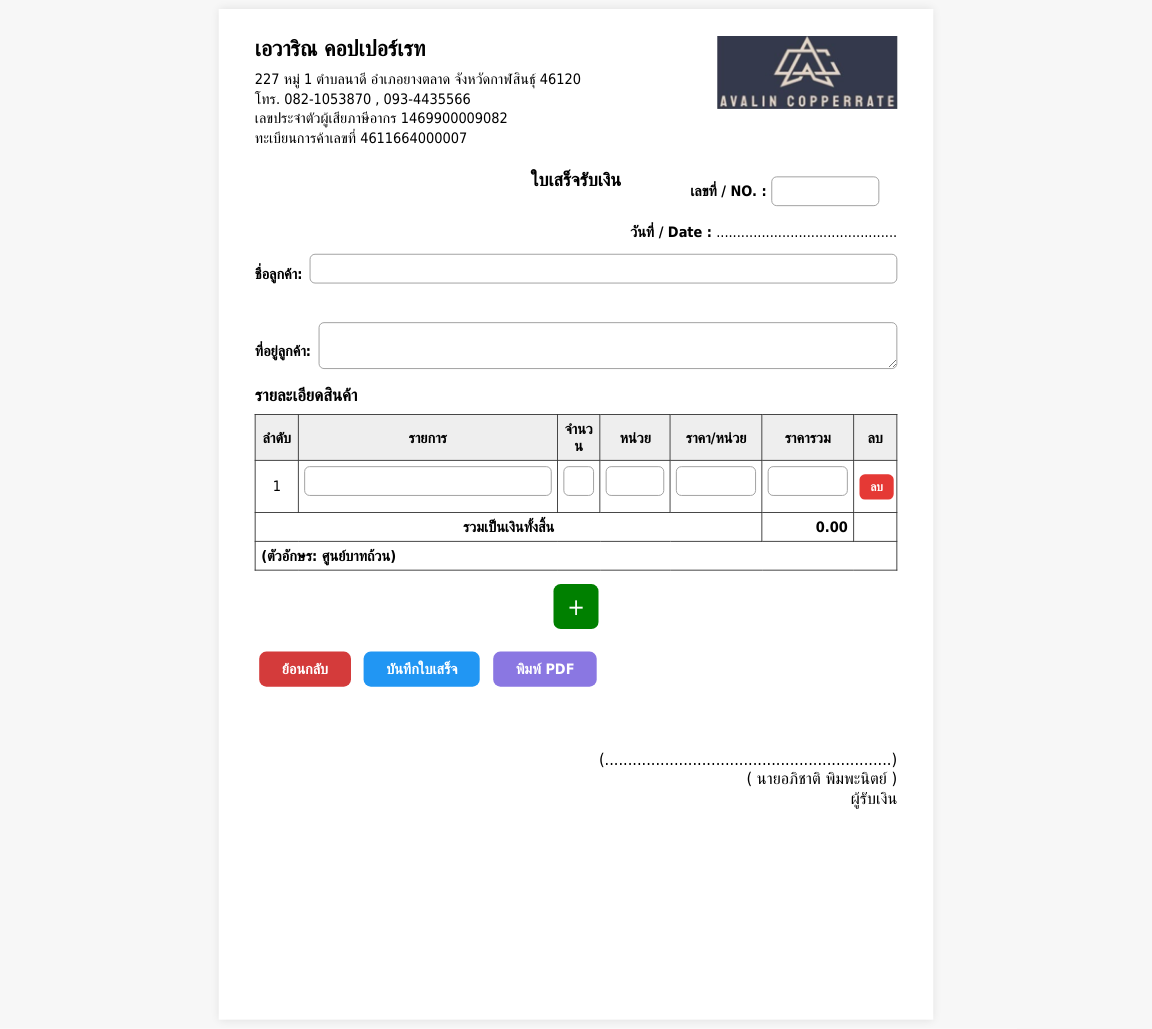
Repository: Hermesmercury88/shop_it
Page: quotation.html
These files come from the project's save history. The page is drawn as it stood at one moment and after the next save; the edit follows.
The browser window is 1280 px wide. The pictures show the whole page, at 90% of full size.
Some web fonts or font styles are not loaded; a fallback is used.

Above is the page before, as saved 2025-09-21 10:46:06.

### quotation.html
<!DOCTYPE html>
<html lang="th">
<head>
<meta charset="UTF-8">
<title>ใบเสร็จรับเงิน</title>
<link href="css/quotation.css" rel="stylesheet">
<style>
/* ตาราง */
table { border-collapse: collapse; width: 100%; }
table, th, td { border: 1px solid #000; }
th, td { padding: 5px; text-align: center; }
tfoot td { font-weight: bold; }

/* ปุ่ม */
.add-btn, .remove-btn { cursor: pointer; }

/* ปรับแถวรวม */
tfoot .total-row td { border-top: 1px solid #000; }
tfoot .total-row td:first-child { border-right: 1px solid #000; }
</style>
</head>
<body>
<div class="container" id="receiptContent">

    <!-- ส่วนหัว -->
    <div class="header-info">
        <div class="company">
            <h2>เอวาริณ คอปเปอร์เรท</h2>
            <p>227 หมู่ 1 ตำบลนาดี อำเภอยางตลาด จังหวัดกาฬสินธุ์ 46120</p>
            <p>โทร. 082-1053870 , 093-4435566</p>
            <p>เลขประจำตัวผู้เสียภาษีอากร 1469900009082</p>
            <p>ทะเบียนการค้าเลขที่ 4611664000007</p>
        </div>
        <div class="logo">
            <img src="./pic/logo.png" alt="logo">
        </div>
    </div>

    <!-- ฟอร์ม -->
    <form action="http://localhost/shop/save.php" method="post" id="receiptForm">

        <div class="doc-title">
            <h2>ใบเสร็จรับเงิน</h2>
            <div class="doc-info">
                <label>เลขที่ / NO. : <input type="text" name="order_no" required></label>
                <span><b>วันที่ / Date :</b> ............................................</span>
            </div>
        </div>

        <div class="customer-info">
            <label>ชื่อลูกค้า: <input type="text" name="customer_name" required></label><br>
            <label>ที่อยู่ลูกค้า: <textarea name="customer_address" rows="2" required></textarea></label>
        </div>

        <h3>รายละเอียดสินค้า</h3>
        <table id="itemsTable">
            <thead>
                <tr>
                    <th>ลำดับ</th>
                    <th>รายการ</th>
                    <th>จำนวน</th>
                    <th>หน่วย</th>
                    <th>ราคา/หน่วย</th>
                    <th>ราคารวม</th>
                    <th>ลบ</th>
                </tr>
            </thead>
            <tbody>
                <tr>
                    <td>1</td>
                    <td><input type="text" name="item_name[]"></td>
                    <td><input type="number" name="qty[]" class="qty"></td>
                    <td><input type="text" name="unit[]"></td>
                    <td><input type="number" name="price[]" class="price"></td>
                    <td><input type="text" name="total[]" class="total" readonly></td>
                    <td><button type="button" class="remove-btn">ลบ</button></td>
                </tr>
            </tbody>
            <tfoot>
                <!-- รวมเป็นเงินทั้งสิ้น -->
                 <tr>
                    <td colspan="5" style="text-align:center;font-weight:bold;">รวมเป็นเงินทั้งสิ้น</td>
                    <td style="text-align:right;font-weight:bold;">
                        <span id="grandTotalDisplay">0.00</span>
                    </td>
                    <td></td>
                </tr>
                <!-- ตัวอักษร -->
                 <tr>
                    <td colspan="7" style="text-align:left;font-weight:bold;">
                        (ตัวอักษร: <span id="thaiTextDisplay">ศูนย์บาทถ้วน</span>)
                    </td>
                </tr>
            </tfoot>
        </table>

        <input type="hidden" name="grand_total" id="grand_total_input">

        <button type="button" class="add-btn">+</button>
        <button type="button" class="button btn-back" onclick="window.location.href='index.html'">ย้อนกลับ</button>
        <button type="submit" class="button btn-save">บันทึกใบเสร็จ</button>
        <button type="button" class="button btn-print" onclick="printPDF()">พิมพ์ PDF</button>
    </form>

    <div class="signature">
        <p>(..............................................................)<br>( นายอภิชาติ พิมพะนิตย์ )<br>ผู้รับเงิน</p>
    </div>
</div>

<script>
// แปลงตัวเลขเป็นภาษาไทย
function numberToThaiText(number) {
    const txtnum = ["ศูนย์","หนึ่ง","สอง","สาม","สี่","ห้า","หก","เจ็ด","แปด","เก้า"];
    const txtdigit = ["","สิบ","ร้อย","พัน","หมื่น","แสน","ล้าน"];
    if(number === 0) return "ศูนย์บาทถ้วน";
    let bahtText = "";
    let numStr = number.toFixed(2).toString();
    let [intPart, decPart] = numStr.split(".");
    let intLen = intPart.length;

    for(let i=0; i<intLen; i++){
        let n = parseInt(intPart.charAt(i));
        let pos = intLen - i - 1;
        if(n!==0){
            if(pos==1 && n==1) bahtText += "สิบ";
            else if(pos==1 && n==2) bahtText += "ยี่สิบ";
            else if(pos==0 && n==1 && intLen>1) bahtText += "เอ็ด";
            else bahtText += txtnum[n] + (pos>0?txtdigit[pos]:"");
        }
    }
    bahtText += "บาท";
    if(decPart=="00") bahtText += "ถ้วน";
    else {
        let d1 = parseInt(decPart.charAt(0));
        let d2 = parseInt(decPart.charAt(1));
        if(d1!=0){
            if(d1==1) bahtText += "สิบ";
            else if(d1==2) bahtText += "ยี่สิบ";
            else bahtText += txtnum[d1]+"สิบ";
        }
        if(d2!=0){
            if(d2==1) bahtText += "เอ็ดสตางค์";
            else bahtText += txtnum[d2]+"สตางค์";
        }
    }
    return bahtText;
}

// คำนวณราคารวม
function calculateTotals() {
    let qtys = document.querySelectorAll(".qty");
    let prices = document.querySelectorAll(".price");
    let totals = document.querySelectorAll(".total");
    let grandTotal = 0;

    qtys.forEach((qty, i) => {
        let q = parseFloat(qty.value) || 0;
        let p = parseFloat(prices[i].value) || 0;
        let sum = q * p;
        totals[i].value = sum.toFixed(2);
        grandTotal += sum;
    });

    // แสดงผลรวม
    document.getElementById("grandTotalDisplay").innerText = grandTotal.toFixed(2);
    document.getElementById("grand_total_input").value = grandTotal.toFixed(2);

    // แสดงตัวอักษร
    document.getElementById("thaiTextDisplay").innerText = numberToThaiText(grandTotal);
}

// event คำนวณอัตโนมัติ
document.addEventListener("input", function(e){
    if(e.target.classList.contains("qty") || e.target.classList.contains("price")){
        calculateTotals();
    }
});

// เพิ่มแถวสินค้า
document.querySelector(".add-btn").addEventListener("click", function(){
    let table = document.getElementById("itemsTable").getElementsByTagName("tbody")[0];
    let rowCount = table.rows.length;
    let row = table.insertRow();
    row.innerHTML = `
        <td>${rowCount+1}</td>
        <td><input type="text" name="item_name[]"></td>
        <td><input type="number" name="qty[]" class="qty"></td>
        <td><input type="text" name="unit[]"></td>
        <td><input type="number" name="price[]" class="price"></td>
        <td><input type="text" name="total[]" class="total" readonly></td>
        <td><button type="button" class="remove-btn">ลบ</button></td>
    `;
});

// ลบแถวสินค้า
document.getElementById("itemsTable").addEventListener("click", function(e){
    if(e.target.classList.contains("remove-btn")){
        let row = e.target.closest("tr");
        row.parentNode.removeChild(row);
        calculateTotals();
        let rows = document.querySelectorAll("#itemsTable tbody tr");
        rows.forEach((r, i) => r.cells[0].innerText = i+1);
    }
});

// ปุ่มพิมพ์ PDF
function printPDF() {
    document.querySelectorAll("input, textarea").forEach(el => {
    const span = document.createElement("span");
    span.textContent = el.value;
    span.style.fontFamily = "TH SarabunPSK, sans-serif";
    span.style.fontSize = "14px";
    span.style.lineHeight = "1.6";
    el.parentNode.replaceChild(span, el);
  });
  window.print();
}
</script>
</body>
</html>

### css/quotation.css
@font-face {
    font-family: "TH SarabunPSK";
    src: url("./fonts/THSarabunPSK.woff2") format("woff2"),
         url("./fonts/THSarabunPSK.woff") format("woff"),
         url("./fonts/THSarabunPSK.ttf") format("truetype");
    font-weight: normal;
    font-style: normal;
}

/* รีเซ็ต */
* {
    margin: 0;
    padding: 0;
    box-sizing: border-box;
    font-family: "TH SarabunPSK", Tahoma, sans-serif;
}

body {
    background: #f7f7f7;
    padding: 10px;
    display: flex;
    justify-content: center;
}

.container {
    background: #fff;
    width: 210mm;       /* กำหนดตรง A4 */
    min-height: 297mm;  /* ความสูง A4 */
    padding: 30px 40px;
    box-shadow: 0 0 10px rgba(0,0,0,0.1);
}

/* ส่วนหัว */
.header-info {
    display: flex;
    justify-content: space-between;
    margin-bottom: 22px;
}

.company {
    width: 65%;
    text-align: left;
}

.company h1 {
    font-size: 30px;
    margin-bottom: 10px;
}

.company h2 {
    font-size: 24px;
    margin-bottom: 10px;
}

.company p {
    font-size: 16px;
    margin: 3px 0;
}

.logo {
    text-align: left;
    margin-bottom: 20px;
}

.logo img {
    width: 200px;
    height: auto;
    display: block;
}

/* หัวใบเสร็จ */
.doc-title {
    text-align: center;
    margin: 20px 0 70px;
    position: relative;
}

.doc-title h2 {
    font-size: 20px;
    font-weight: bold;
}

.doc-info {
    position: absolute;
    right: 0;
    top: 0;
    font-size: 20px;
    text-align: right;
}

.doc-info span {
    display: block;
    margin: 3px 0;
}

.doc-info label,
.doc-info span {
    font-size: 16px;
}

/* เลขที่/NO ให้อยู่บรรทัดเดียวกับ input */
.doc-info label {
  display: inline-block;
  font-weight: bold;
  margin-right: 20px;
}

.doc-info input[type="text"] {
  width: 120px;
  display: inline-block;
}

/* ลูกค้าและที่อยู่ต่อท้าย label */
.customer-info label {
  display: flex;
  align-items: center;
  margin: 6px 0;
  font-weight: bold;
}

.customer-info input,
.customer-info textarea {
  margin-left: 8px;
  flex: 1;
}

/* รวมเป็นเงินทั้งสิ้น */
tfoot td {
  border: 1px solid #333;
}


/* ฟอร์ม */
label {
  font-size: 16px;
  font-weight: bold;
  display: block;
  margin: 8px 0 4px;
}

input[type="text"], textarea, input[type="number"] {
  font-size: 16px;
  padding: 6px;
  border: 1px solid #999;
  border-radius: 6px;
  width: 100%;
  margin-bottom: 12px;
}

/* ตาราง */
table {
  width: 100%;
  border-collapse: collapse;
  margin-top: 10px;
  table-layout: fixed; /* ใช้ความกว้างตามที่กำหนด */
}

table th, table td {
  border: 1px solid #333;
  padding: 6px;
  text-align: center;
  word-wrap: break-word; /* ตัดบรรทัดอัตโนมัติ */
}

table th {
  background: #eee;
  font-weight: bold;
}

/* กำหนดสัดส่วนคอลัมน์ */
table th:nth-child(1), table td:nth-child(1) { width: 8%; }   /* ลำดับ */
table th:nth-child(2), table td:nth-child(2) { width: 48%; }  /* รายการ (กว้างสุด) */
table th:nth-child(3), table td:nth-child(3) { width: 8%; }  /* จำนวน */
table th:nth-child(4), table td:nth-child(4) { width: 13%; }  /* หน่วย */
table th:nth-child(5), table td:nth-child(5) { width: 17%; }  /* ราคา/หน่วย */
table th:nth-child(6), table td:nth-child(6) { width: 17%; }  /* ราคารวม */
table th:nth-child(7), table td:nth-child(7) { width: 8%; }  /* ลบ */

/* ปุ่ม */
.button {
  display: inline-block;
  font-size: 16px;
  font-weight: bold;
  padding: 10px 25px;
  margin: 10px 5px;
  border: none;
  border-radius: 8px;
  cursor: pointer;
  color: white;
}

.btn-back { background: #d43b3b; }
.btn-save { background: #2196F3; }
.btn-print { background: #8a77e2; }

.add-btn {
  display: block;
  margin: 15px auto;
  width: 50px;
  height: 50px;
  font-size: 26px;
  background: green;
  color: white;
  border: none;
  border-radius: 8px;
  cursor: pointer;
}

/* ปุ่มลบ */
.remove-btn {
  background-color: #e53935;
  color: white;
  border: none;
  padding: 6px 12px;
  border-radius: 6px;
  cursor: pointer;
  font-weight: bold;
}

.remove-btn:hover {
  background-color: #ef5350;
}

/* รวมเงิน */
.grand-total {
  text-align: right;
  font-weight: bold;
  font-size: 18px;
  margin-top: 15px;
}

/* ลายเซ็น */
.signature {
  margin-top: 60px;
  text-align: right;
  font-size: 18px;
}

/* @media print */
@media print {
  #thaiTextDisplay {
    display: inline-block !important;
    font-weight: bold !important;
    font-size: 16px !important;
    color: #000 !important;
    text-align: center !important;
  }

  /* ซ่อนปุ่มทั้งหมด */
  .button, .add-btn, .remove-btn {
    display: none !important;
  }

  /* ซ่อนคอลัมน์ลบในตาราง */
  th:last-child, td:last-child {
    display: none !important;
  }

  input, textarea {
    input, textarea {
    border: none !important;
    outline: none !important;
    background: transparent !important;
    pointer-events: none;
    font-size: 14px;
    font-family: "TH SarabunPSK", sans-serif;
    color: #000;
    width: auto !important;
    min-width: 50px !important;
    box-sizing: content-box !important;

    /* แก้เลขหักครึ่ง */
    -webkit-appearance: none;
    appearance: none;
    line-height: 1.6 !important;
    height: auto !important;
    padding: 0 !important;
    margin: 0 !important;
  }
  }

  input.total, input.price, input.qty {
    text-align: right !important;
  }

  input::placeholder, textarea::placeholder {
    color: transparent !important;
  }

  body {
    background: none !important;
    padding: 0 !important;
  }

  .container {
    box-shadow: none !important;
    margin: 0 auto !important;
    width: 210mm !important;
    min-height: 250mm !important;
    background: #fff !important;
  }

  @page {
    size: A4 portrait;
    margin: 15mm;
  }

  /* td ที่ครอบ span */
  tfoot tr:last-child td {
    display: table-cell !important;
    text-align: left !important;
    border: none !important;
    padding-left: 0 !important;
  }

  /* กำหนดสัดส่วนคอลัมน์ */
  table th:nth-child(1), table td:nth-child(1) { width: 8% !important; text-align: center; }
  table th:nth-child(2), table td:nth-child(2) { width: 45% !important; }
  table th:nth-child(3), table td:nth-child(3) { width: 8% !important; text-align: center; }
  table th:nth-child(4), table td:nth-child(4) { width: 15% !important; text-align: center; }
  table th:nth-child(5), table td:nth-child(5) { width: 13% !important; text-align: right; padding-right: 5px; }
  table th:nth-child(6), table td:nth-child(6) { width: 14% !important; text-align: right; padding-right: 5px; }
}

After the next save:
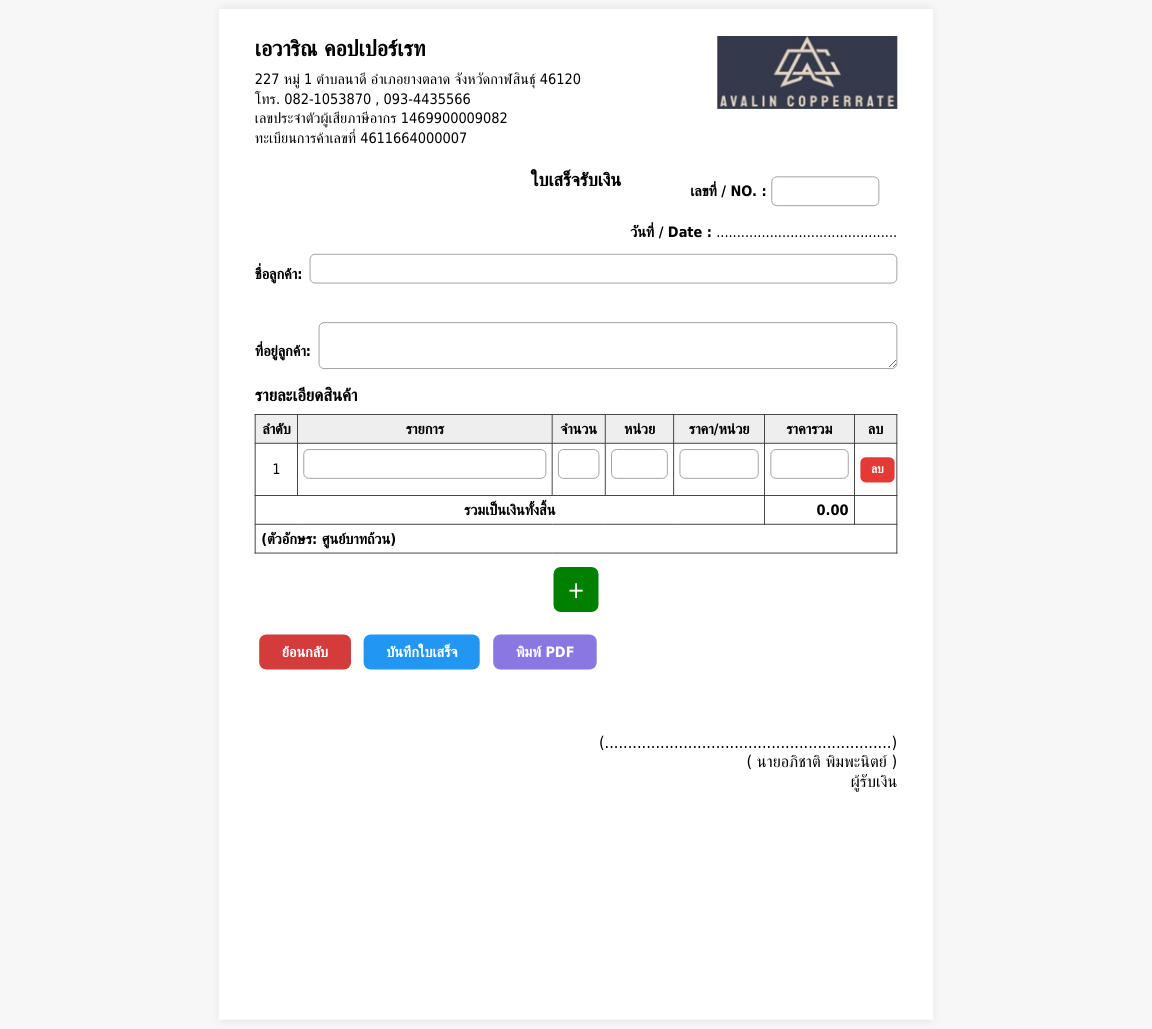
Saved 12 s later.
--- a/css/quotation.css
+++ b/css/quotation.css
@@ -170,7 +170,7 @@ table th {
 /* กำหนดสัดส่วนคอลัมน์ */
 table th:nth-child(1), table td:nth-child(1) { width: 8%; }   /* ลำดับ */
 table th:nth-child(2), table td:nth-child(2) { width: 48%; }  /* รายการ (กว้างสุด) */
-table th:nth-child(3), table td:nth-child(3) { width: 8%; }  /* จำนวน */
+table th:nth-child(3), table td:nth-child(3) { width: 10%; }  /* จำนวน */
 table th:nth-child(4), table td:nth-child(4) { width: 13%; }  /* หน่วย */
 table th:nth-child(5), table td:nth-child(5) { width: 17%; }  /* ราคา/หน่วย */
 table th:nth-child(6), table td:nth-child(6) { width: 17%; }  /* ราคารวม */
